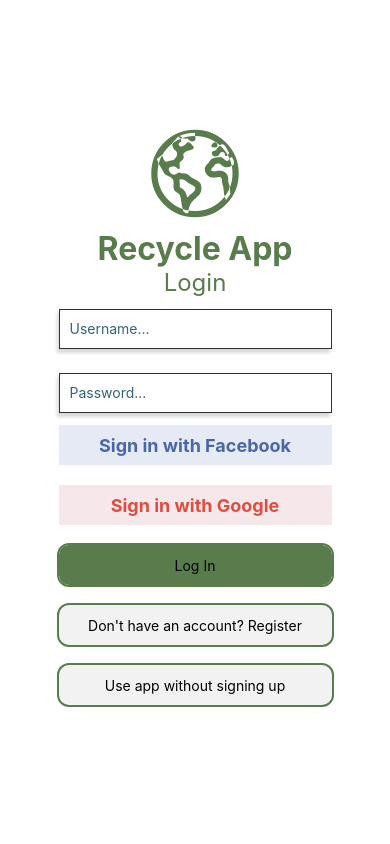
Repository: ct-pham/COMP4511
Screen: / (app in comp4511/)
The author's editor kept a copy of each file at every save. The screen is drawn from the files as they stood at one save, then again after the next save.
The app was drawn by React Native's web renderer in a window 390 px wide. The project was rebuilt for these pictures with package versions that can differ from the ones it lists, and the page was loaded fresh each time.

Above is the screen before, as saved 2022-11-07 16:52:37.

### comp4511/App.js

// import { NavigationContainer } from 'react-navigation/native';
// import { createNativeStackNavigator } from 'react-navigation/native-stack';
import Login from './Components/Login';
//import Register from './Components/Register';

export default function App() {
  return (
    // <NavigationContainer>
    //   <Stack.Navigator initialRouteName="Home">
    //     <Stack.Screen name="Login" component={Login} />
    //     <Stack.Screen name="Register" component={Register} />
    //   </Stack.Navigator>
    // </NavigationContainer>
    <Login />
  );
}

### comp4511/Components/Login.js
import {
    StyleSheet,
    Text,
    View,
    TextInput,
    TouchableOpacity,
} from 'react-native';

import FontAwesome from 'react-native-vector-icons/FontAwesome';

import Icon from 'react-native-vector-icons/Ionicons';

export default function Login( {navigation}) {
    return (
        <View style={styles.container}>
            <View>
                <Icon
                    name = "earth-outline"
                    size = {100}
                    color = "#587C4B"
                />
            </View>

            <Text style = {styles.title}>Recycle App</Text>
            <Text style = {styles.subtitle}>Login</Text>
            <View style={styles.inputView}>
                <TextInput
                    style={styles.TextInput}
                    placeholder="Username..."
                    placeholderTextColor="#003f5c"
                />
            </View>

            <View style={styles.inputView}>
                <TextInput
                    style={styles.TextInput}
                    placeholder="Password..."
                    placeholderTextColor="#003f5c"
                    secureTextEntry={true}
                />
            </View>

            <TouchableOpacity
                style = {[styles.socialBtn, {backgroundColor: '#e6eaf4'}]}
            >
                <View style={styles.iconWrapper}>
                    <FontAwesome  />
                </View>
                <View style={styles.btnTxtWrapper}>
                    <Text style = {[styles.btnTxt, {color: '#4867aa' }]} >Sign in with Facebook</Text>
                </View>
            </TouchableOpacity>
            <TouchableOpacity
                style = {[styles.socialBtn, {backgroundColor: '#f5e7ea'}]}
            >
                <View style={styles.iconWrapper2}>
                    <FontAwesome  />
                </View>
                <View style={styles.btnTxtWrapper}>
                    <Text style = {[styles.btnTxt, {color:'#de4d41'}]} >Sign in with Google</Text>
                </View>
            </TouchableOpacity>


            <TouchableOpacity style = {styles.btnStyle}>
                <Text style={styles.loginBtn}>Log In</Text>
            </TouchableOpacity>

            <TouchableOpacity
                onPress = {console.log('Register')}
                style = {styles.btnStyle2}
            >
                <Text style={styles.loginBtn}>Don't have an account? Register</Text>
            </TouchableOpacity>

            <TouchableOpacity
                style = {styles.btnStyle2}
            >
                <Text style={styles.loginBtn}>Use app without signing up</Text>
            </TouchableOpacity>

        </View>
    );
}

const styles = StyleSheet.create({
    container: {
        flex: 1,
        backgroundColor: '#ffffff',
        alignItems: 'center',
        justifyContent: 'center',
    },
    inputView: {
        backgroundColor: '#ffffff',
        borderWidth: 1,
        borderColor: '#000000',
        height: 40,
        width: '70%',
        margin: 12,
        borderWidth: 1,
        padding: 10,
        shadowColor: '#171717',
        shadowOffset: {width: -2, height: 4},
        shadowOpacity: 0.2,
        shadowRadius: 3,
        opacity: 0.8,
    },
    button: {
        borderRadius: 25,
    },
    btnStyle: {
        backgroundColor: '#587C4B',
        outlineColor: '#587C4B',
        outlineWidth: 2,
        outlineStyle:  'solid',
        width: '70%',
        height: 40,
        alignItems: 'center',
        justifyContent: 'center',
        borderRadius: 10,
        marginBottom:20,
    },
    btnStyle2: {
        backgroundColor: '#F2F2F2',
        borderRadius: 10,
        outlineColor: '#587C4B',
        outlineWidth: 2,
        outlineStyle:  'solid',
        width: '70%',
        height: 40,
        alignItems: 'center',
        justifyContent: 'center',
        marginBottom: 20,
    },
    title: {
        fontSize: 32,
        fontWeight: 'bold',
        color: '#587C4B',
    },
    subtitle: {
        fontSize: 24,
        fontWeight: 'semibold',
        color: '#587C4B',
    },
    socialBtn: {
        width: '70%',
        height: 40,
        alignItems: 'center',
        justifyContent: 'center',
        marginBottom: 20,
    },
    btnTxt: {
        fontSize: 18,
        fontWeight: 'bold',
    }
});

### comp4511/Components/Register.js
import {
    StyleSheet,
    Text,
    View,
    TextInput,
    TouchableOpacity,
} from 'react-native';

import Icon from 'react-native-vector-icons/Ionicons';

export default function Login( {navigation}) {
    return (
        <View style={styles.container}>
            <View>
                <Icon
                    name = "earth-outline"
                    size = {100}
                    color = "#587C4B"
                />
            </View>

            <Text style = {styles.title}>Recycle App</Text>
            <Text style = {styles.subtitle}>Register</Text>
            <View style={styles.inputView}>
                <TextInput
                    style={styles.TextInput}
                    placeholder="Username..."
                    placeholderTextColor="#003f5c"
                />
            </View>

            <View style={styles.inputView}>
                <TextInput
                    style={styles.TextInput}
                    placeholder="Password..."
                    placeholderTextColor="#003f5c"
                    secureTextEntry={true}
                />
            </View>
            <View>
                <Text>By registering, you confirm that you accept our Terms of Service and Privacy policy</Text>
            </View>

            <TouchableOpacity style = {styles.btnStyle}>
                <Text style={styles.loginBtn}>Log In</Text>
            </TouchableOpacity>

            <TouchableOpacity
                onPress = {console.log('Register')}
                style = {styles.btnStyle2}
            >
                <Text style={styles.loginBtn}>Don't have an account? Register</Text>
            </TouchableOpacity>

            <TouchableOpacity
                style = {styles.btnStyle2}
            >
                <Text style={styles.loginBtn}>Use app without signing up</Text>
            </TouchableOpacity>

        </View>
    );
}

const styles = StyleSheet.create({
    container: {
        flex: 1,
        backgroundColor: '#ffffff',
        alignItems: 'center',
        justifyContent: 'center',
    },
    inputView: {
        backgroundColor: '#ffffff',
        borderWidth: 1,
        borderColor: '#000000',
        height: 40,
        width: '70%',
        margin: 12,
        borderWidth: 1,
        padding: 10,
        shadowColor: '#171717',
        shadowOffset: {width: -2, height: 4},
        shadowOpacity: 0.2,
        shadowRadius: 3,
        opacity: 0.8,
    },
    button: {
        borderRadius: 25,
    },
    btnStyle: {
        backgroundColor: '#587C4B',
        width: '70%',
        height: 40,
        alignItems: 'center',
        justifyContent: 'center',
        borderRadius: 10,
        marginBottom:20,
    },
    btnStyle2: {
        backgroundColor: '#F2F2F2',
        borderRadius: 10,
        outlineColor: '#587C4B',
        outlineWidth: 2,
        outlineStyle:  'solid',
        width: '70%',
        height: 40,
        alignItems: 'center',
        justifyContent: 'center',
        marginBottom: 20,
    },
    title: {
        fontSize: 32,
        fontWeight: 'bold',
        color: '#587C4B',
    },
    subtitle: {
        fontSize: 24,
        fontWeight: 'semibold',
        color: '#587C4B',
    },
});

After the next save:
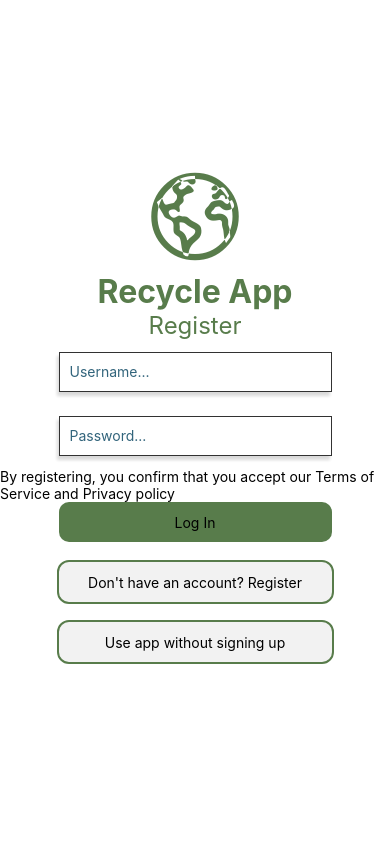
Saved 42 s later.
--- a/comp4511/App.js
+++ b/comp4511/App.js
@@ -1,8 +1,8 @@
 
 // import { NavigationContainer } from 'react-navigation/native';
 // import { createNativeStackNavigator } from 'react-navigation/native-stack';
-import Login from './Components/Login';
-//import Register from './Components/Register';
+//import Login from './Components/Login';
+import Register from './Components/Register';
 
 export default function App() {
   return (
@@ -12,6 +12,6 @@ export default function App() {
     //     <Stack.Screen name="Register" component={Register} />
     //   </Stack.Navigator>
     // </NavigationContainer>
-    <Login />
+    <Register />
   );
 }
